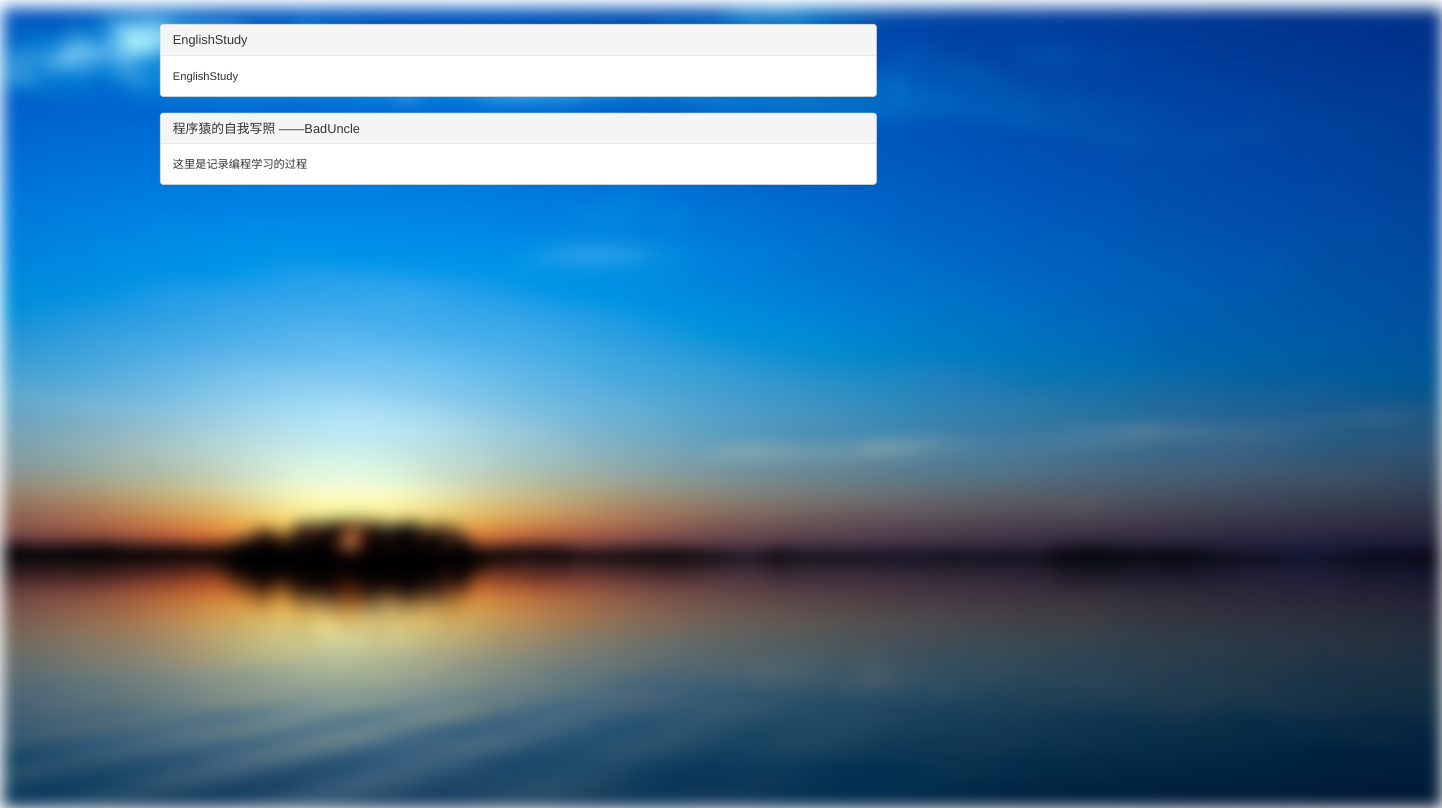
Repository: lidasi/monkeyLife
Page: http://localhost/monkeyLife/jsp/monkeyLife.jsp
The author's editor kept a copy of each file at every save. The page is drawn from the files as they stood at one save, then again after the next save.
The browser window is 1280 px wide. The page is 1803 px wide, so the pictures cover 1803 px, including what lies to the right of the window. The pictures show the whole page, at 80% of full size.
The page is served by Tomcat 9.

Above is the page before, as saved 2017-07-14 05:59:42.

After the next save:
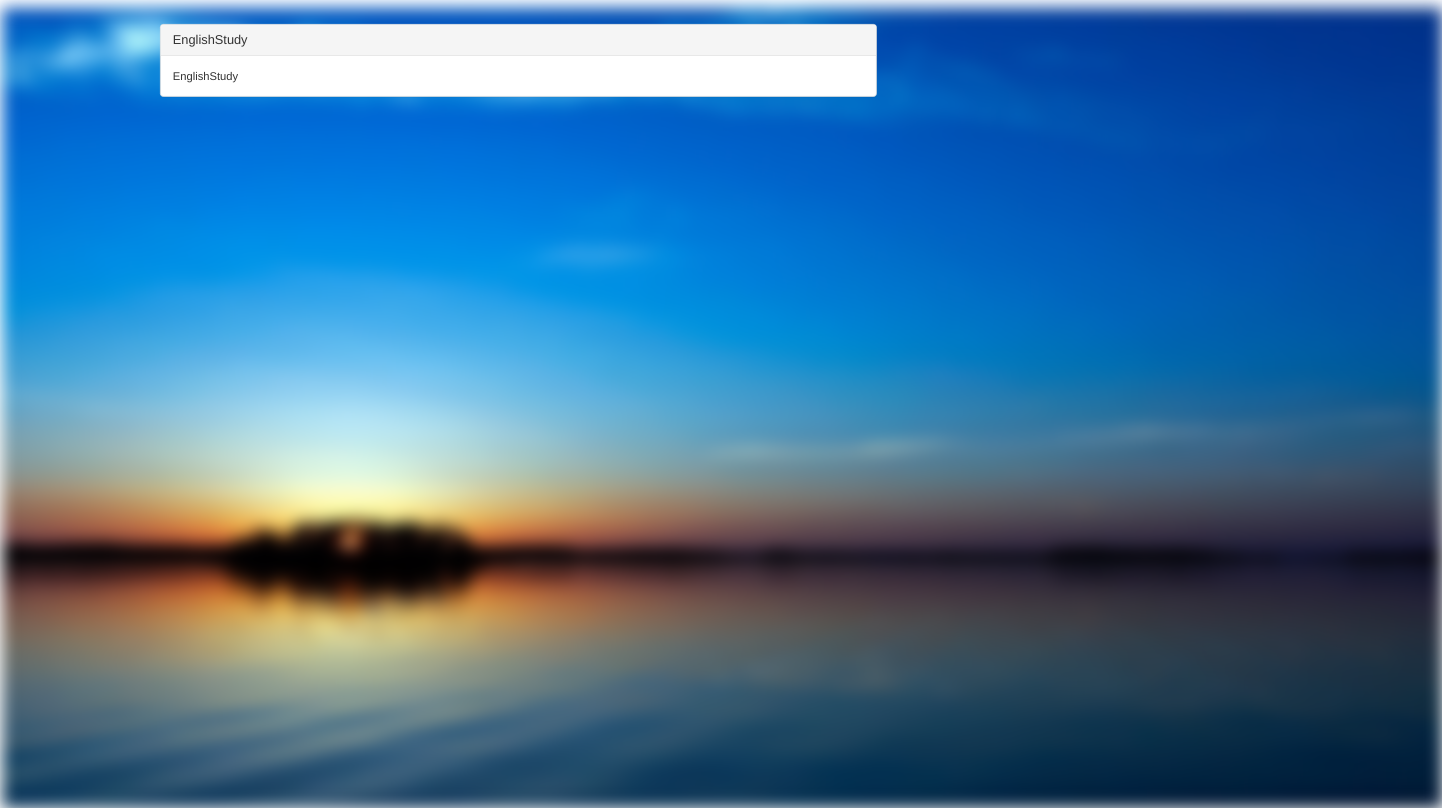
Saved 6 s later.
--- a/workSpeaces/monkeyLife/WebContent/jsp/monkeyLife.jsp
+++ b/workSpeaces/monkeyLife/WebContent/jsp/monkeyLife.jsp
@@ -35,16 +35,6 @@
 		      	  EnglishStudy
 		    </div>
 		</div>
-		<div class="panel panel-default">
-		    <div class="panel-heading">
-		        <h3 class="panel-title">
-		           <a id="title_02" href="#"> 程序猿的自我写照  ——BadUncle</a>
-		        </h3>
-		    </div>
-		    <div id="content_02" class="panel-body">
-		      	  这里是记录编程学习的过程
-		    </div>
-		</div>
 	</div>
 
 </body>
